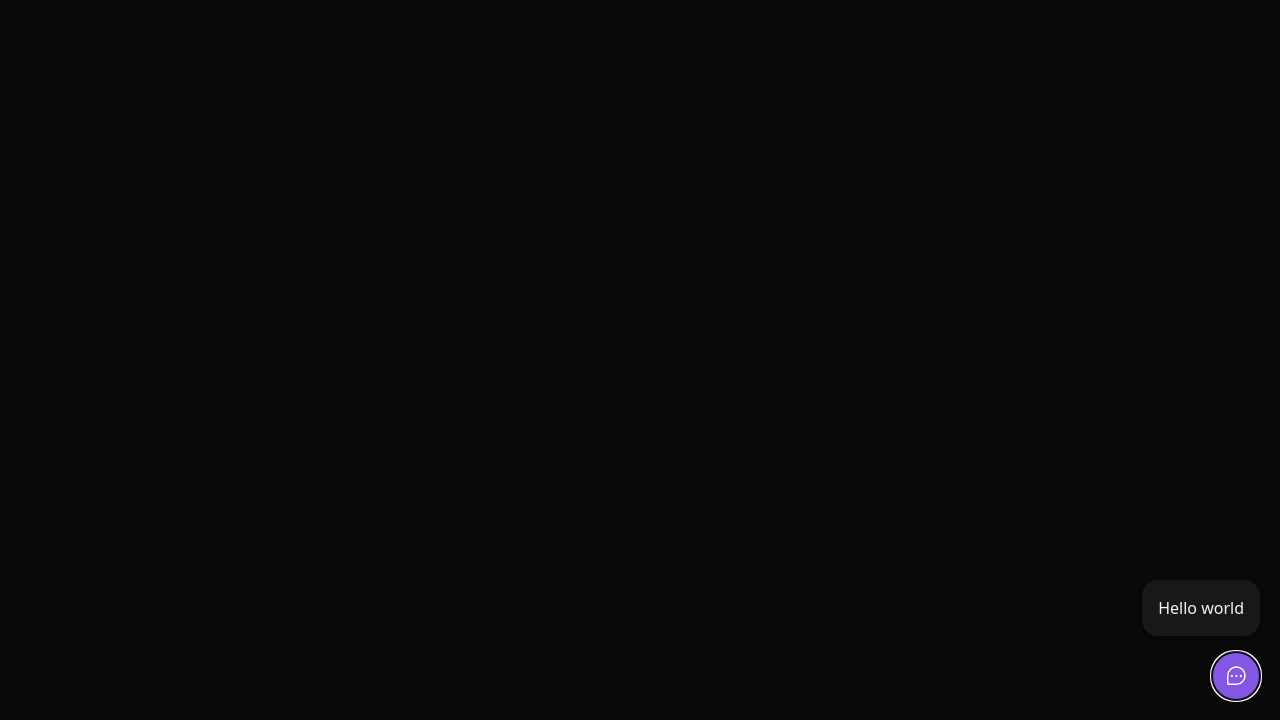
Repository: andynadvorny/feedget-web
Page: /, after clicking the first element matching `#headlessui-popover-button-\:r8\:`
These files come from the project's save history. The page is drawn as it stood at one moment and after the next save; the edit follows.
The browser window is 1280 px wide. The pictures show the whole page.
The project was rebuilt for these pictures with package versions that can differ from the ones it lists, and the page was loaded fresh each time. Also part of the build but not shown: vite.config.ts.

Above is the page before, as saved 2022-05-03 12:14:13.

After the next save:
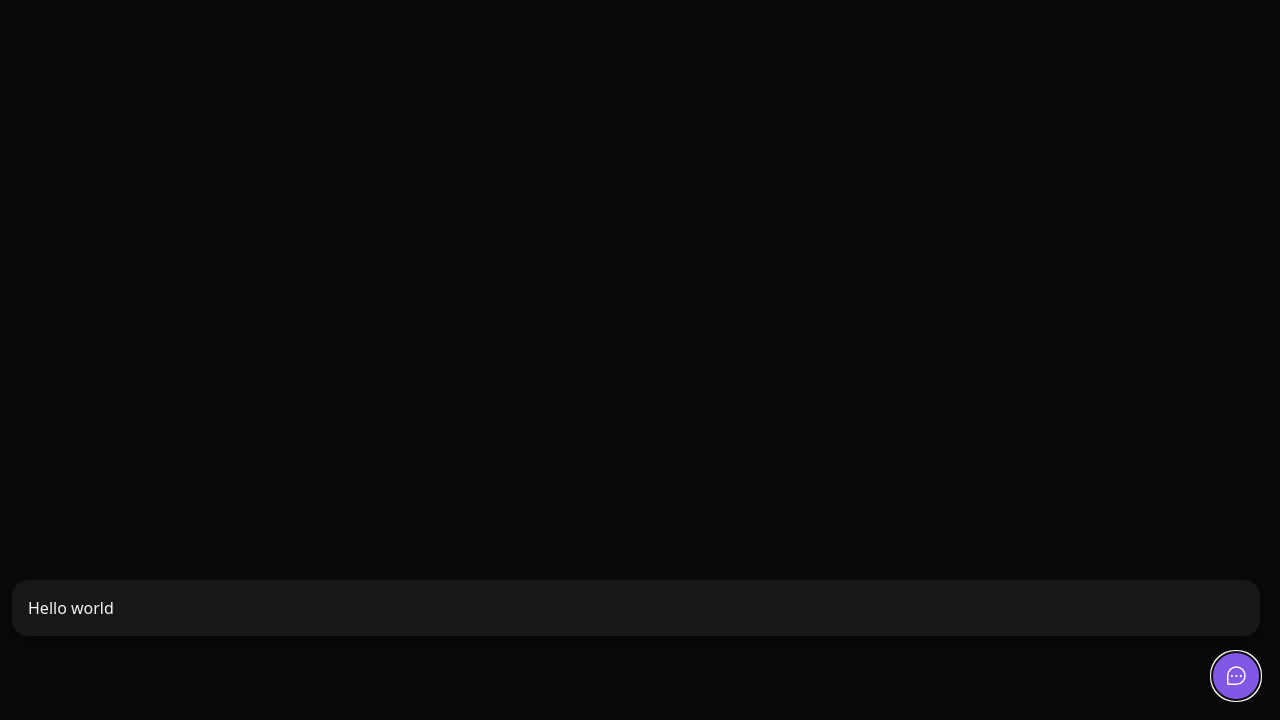
Saved 90 s later.
--- a/src/components/WidgetForm.tsx
+++ b/src/components/WidgetForm.tsx
@@ -1,6 +1,8 @@
 export function WidgetForm() {
   return (
-    <div className="bg-zinc-900 p-4 relative rounded-2xl mb-4 flex-col items-center shadow-lg">
+    <div
+      className="bg-zinc-900 p-4 relative rounded-2xl mb-4 flex-col items-center shadow-lg w-[calc(100vw-2rem)]"
+    >
       Hello world
     </div>
   )
